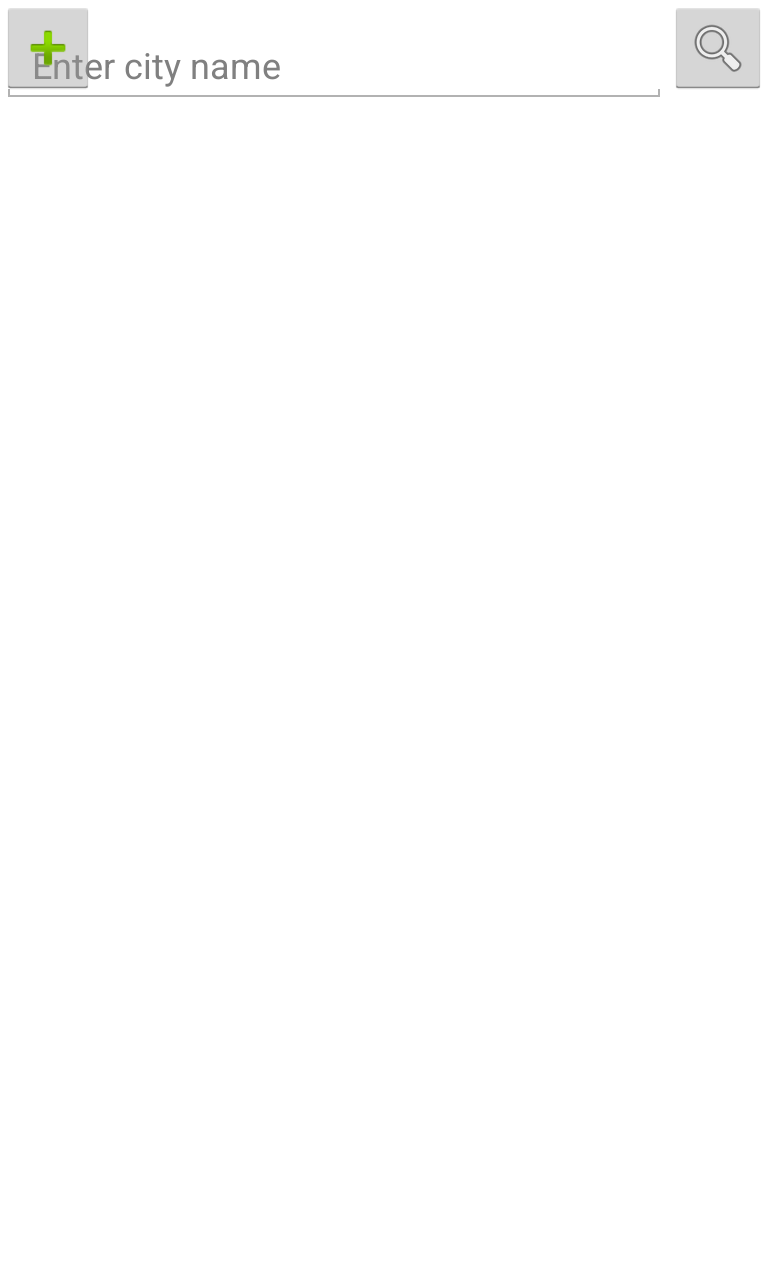
Repository: sandeshshetty/TravelZeus
Layout: TravelZeus/res/layout/fragment_home.xml
The author's editor kept a copy of each file at every save. The layout is drawn from the files as they stood at one save, then again after the next save.
It is drawn on a 768 x 1280 px phone screen (xhdpi) without system bars, with theme AppTheme; the app's code is not run. The app's manifest (not shown) leaves right-to-left support off. So textAlignment, textDirection and layoutDirection are ignored, and left and right values win over start and end ones.

Above is the layout before, as saved 2015-05-16 11:28:56.

### TravelZeus/res/layout/fragment_home.xml
<?xml version="1.0" encoding="utf-8"?>
<RelativeLayout xmlns:android="http://schemas.android.com/apk/res/android"
    android:layout_width="match_parent"
    android:layout_height="match_parent"
    android:orientation="vertical" >

    <LinearLayout
        android:layout_width="match_parent"
        android:layout_height="wrap_content"
        android:orientation="horizontal">

        <EditText
        	android:id="@+id/homeSearchBar"
        	android:paddingTop="20dp"
        	android:paddingLeft="16dp"
        	android:layout_width="match_parent"
        	android:layout_height="wrap_content"
        	android:hint="@string/home_search"
        	android:layout_weight="9" />

        <ImageButton
            android:src="@android:drawable/ic_menu_search"
            android:id="@+id/homeSearchButton"
            android:layout_width="wrap_content"
            android:layout_height="wrap_content"
            android:contentDescription="@string/search"
            android:layout_weight="1"
            />


    </LinearLayout>

    <ImageButton
        android:src="@android:drawable/ic_input_add"
        android:id="@+id/homeAddButton"
        android:layout_width="48dp"
        android:layout_height="48dp"
        android:layout_marginBottom="16dp"
        android:layout_marginEnd="16dp"
        android:layout_gravity="end|bottom"
        android:contentDescription="@string/add_new_place"/>

</RelativeLayout>

### TravelZeus/res/values/strings.xml
<?xml version="1.0" encoding="utf-8"?>
<resources>

    <string name="app_name">Travel Zeus</string>
    <string name="hello_world">Hello world!</string>
    <string name="action_settings">Settings</string>
    <string name="home_search">Enter city name</string>
    <string name="search">Search</string>
    <string name="add_new_place">Add new place</string>

</resources>

Loaded but not shown: TravelZeus/res/values/styles.xml (common file); TravelZeus/res/values-v11/styles.xml (common file); TravelZeus/res/values-v14/styles.xml (common file)

After the next save:
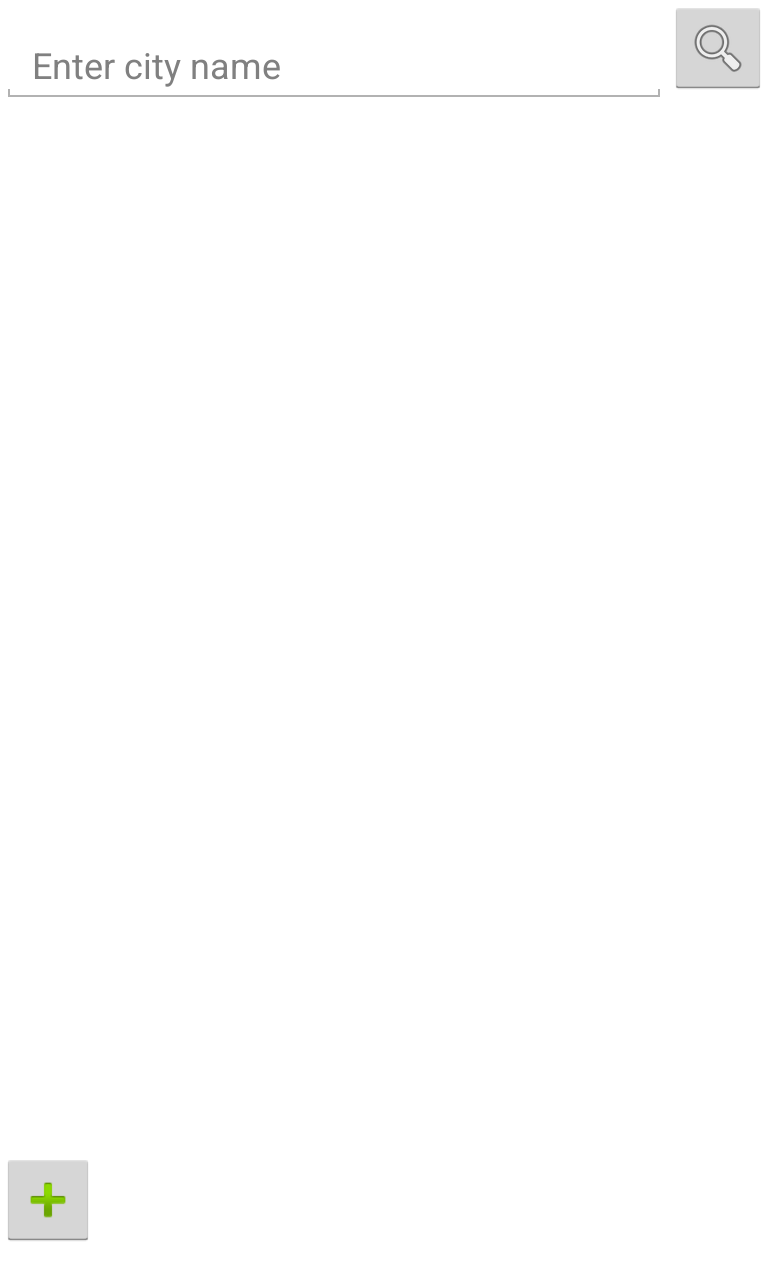
Saved 9 s later.
--- a/TravelZeus/res/layout/fragment_home.xml
+++ b/TravelZeus/res/layout/fragment_home.xml
@@ -38,6 +38,7 @@
         android:layout_marginBottom="16dp"
         android:layout_marginEnd="16dp"
         android:layout_gravity="end|bottom"
+        android:layout_alignParentBottom="true"
         android:contentDescription="@string/add_new_place"/>
 
 </RelativeLayout>
